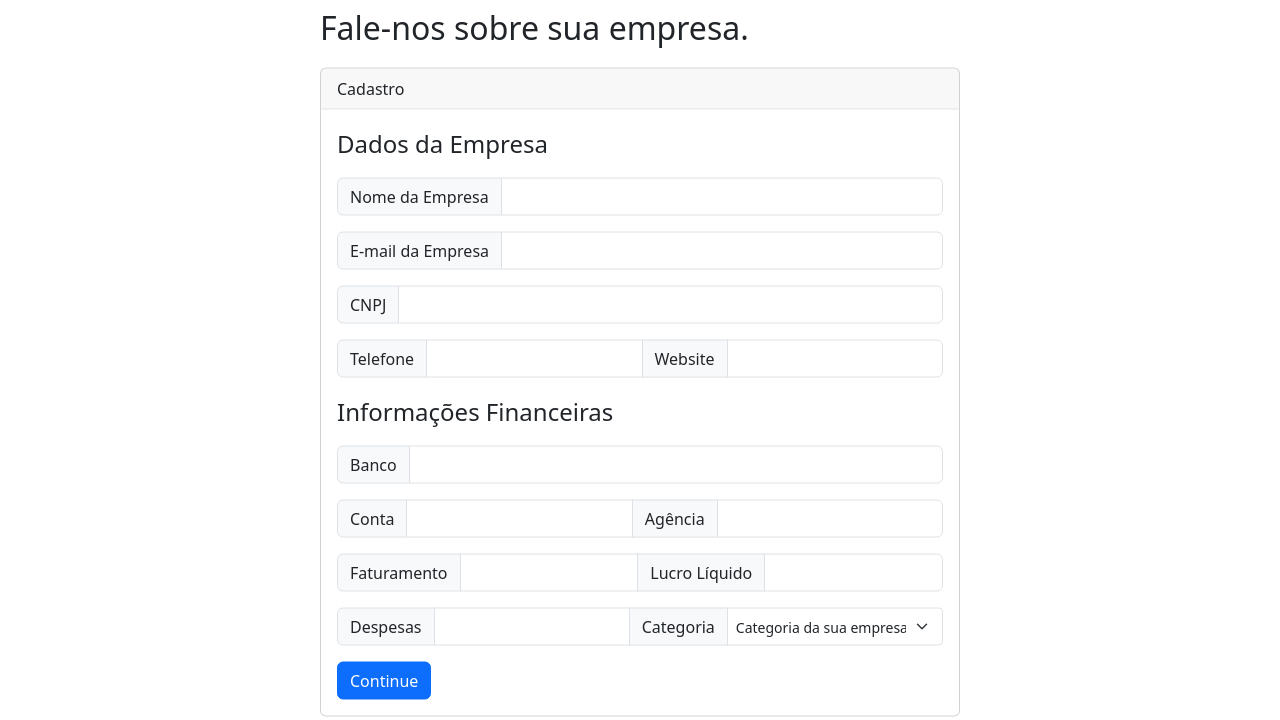
Repository: vandrecx/utilitaries
Page: http://localhost/login_archive/cadastro.php
An editor plug-in stored every save of this project. The page is shown before and after the next save, followed by the edit.
The browser window is 1280 px wide. The pictures show the whole page.
The page is run by PHP 8.4 with error messages shown; the project is at /var/www/html/.

Above is the page before, as saved 2024-05-03 13:24:34.

After the next save:
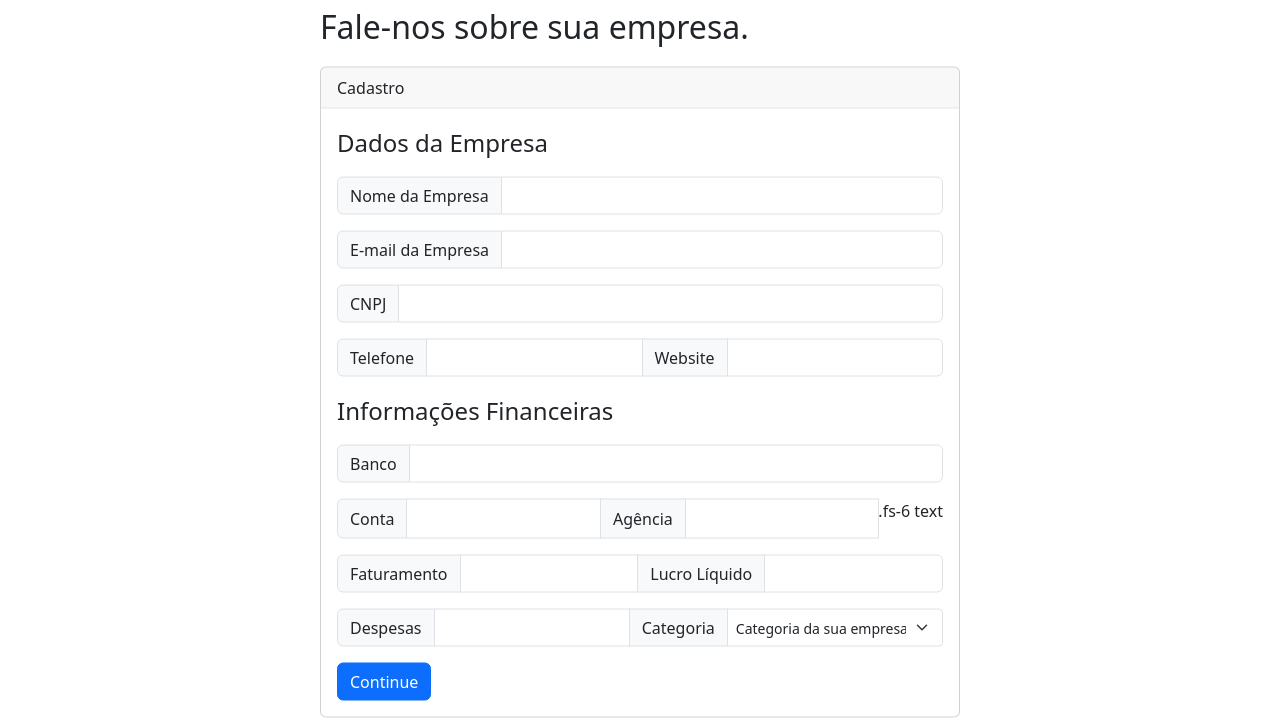
Saved 115 s later.
--- a/login_archive/cadastro.php
+++ b/login_archive/cadastro.php
@@ -51,6 +51,7 @@ include 'funcoes.php';
                         <input type="text" class="form-control" aria-label="Sizing example input" aria-describedby="inputGroup-sizing-default">
                         <span class="input-group-text" id="inputGroup-sizing-default">Agência</span>
                         <input type="text" class="form-control" aria-label="Sizing example input" aria-describedby="inputGroup-sizing-default">
+                        <p class="fs-6">.fs-6 text</p>
                     </div>
                     <div class="input-group mb-3">
                         <span class="input-group-text" id="inputGroup-sizing-default">Faturamento</span>
